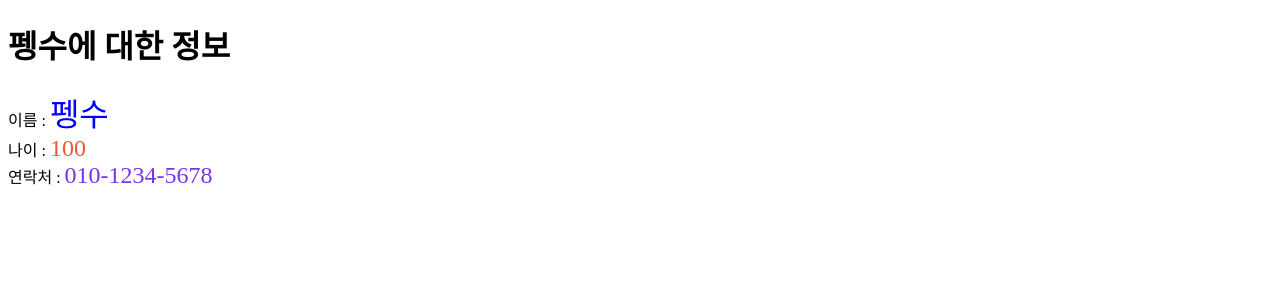
Repository: ujin2021/jsp_study
Page: jsp01/WebContent/me2.html
The author's editor kept a copy of each file at every save. The page is drawn from the files as they stood at one save, then again after the next save.
The browser window is 1280 px wide. The pictures show the whole page.

Above is the page before, as saved 2020-01-11 07:51:30.

### jsp01/WebContent/me2.html
<!DOCTYPE html>
<html>
<head>
<meta charset="EUC-KR">
<title>Insert title here</title>
</head>
<body>
<h1>펭수에 대한 정보</h1><!-- header 제목용 -->
이름 : <font color="blue" size="6">펭수</font> <br>
나이 : <font color="#eb5934" size="5">100</font> <br>
연락처 : <font color="#7734eb" size="5">010-1234-5678</font> <br>
</body>
</html>

After the next save:
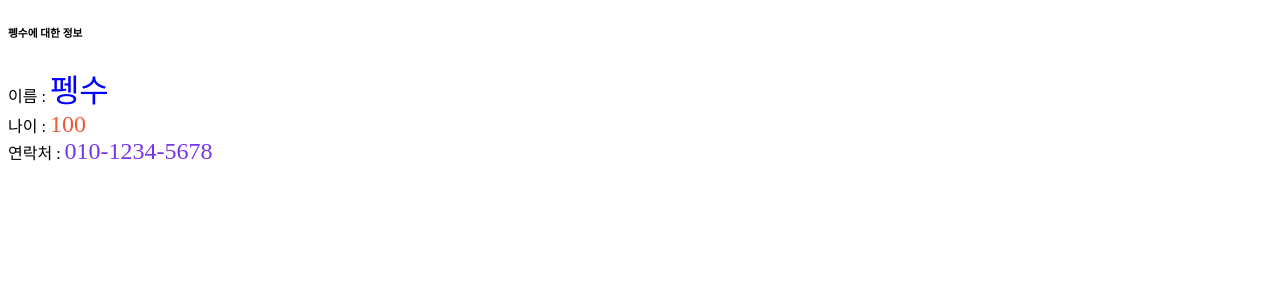
Saved 14 s later.
--- a/jsp01/WebContent/me2.html
+++ b/jsp01/WebContent/me2.html
@@ -5,7 +5,7 @@
 <title>Insert title here</title>
 </head>
 <body>
-<h1>펭수에 대한 정보</h1><!-- header 제목용 -->
+<h6>펭수에 대한 정보</h6><!-- header 제목용 -->
 이름 : <font color="blue" size="6">펭수</font> <br>
 나이 : <font color="#eb5934" size="5">100</font> <br>
 연락처 : <font color="#7734eb" size="5">010-1234-5678</font> <br>

After the save that followed:
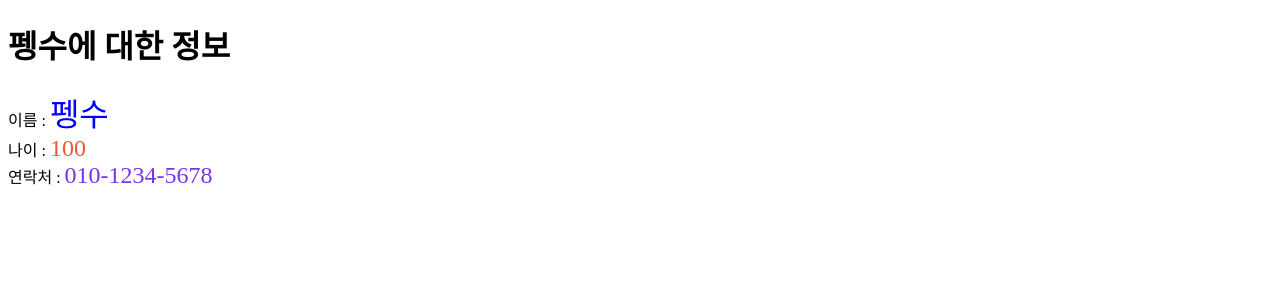
Saved 9 s later.
--- a/jsp01/WebContent/me2.html
+++ b/jsp01/WebContent/me2.html
@@ -5,7 +5,7 @@
 <title>Insert title here</title>
 </head>
 <body>
-<h6>펭수에 대한 정보</h6><!-- header 제목용 -->
+<h1>펭수에 대한 정보</h1><!-- header 제목용 -->
 이름 : <font color="blue" size="6">펭수</font> <br>
 나이 : <font color="#eb5934" size="5">100</font> <br>
 연락처 : <font color="#7734eb" size="5">010-1234-5678</font> <br>
